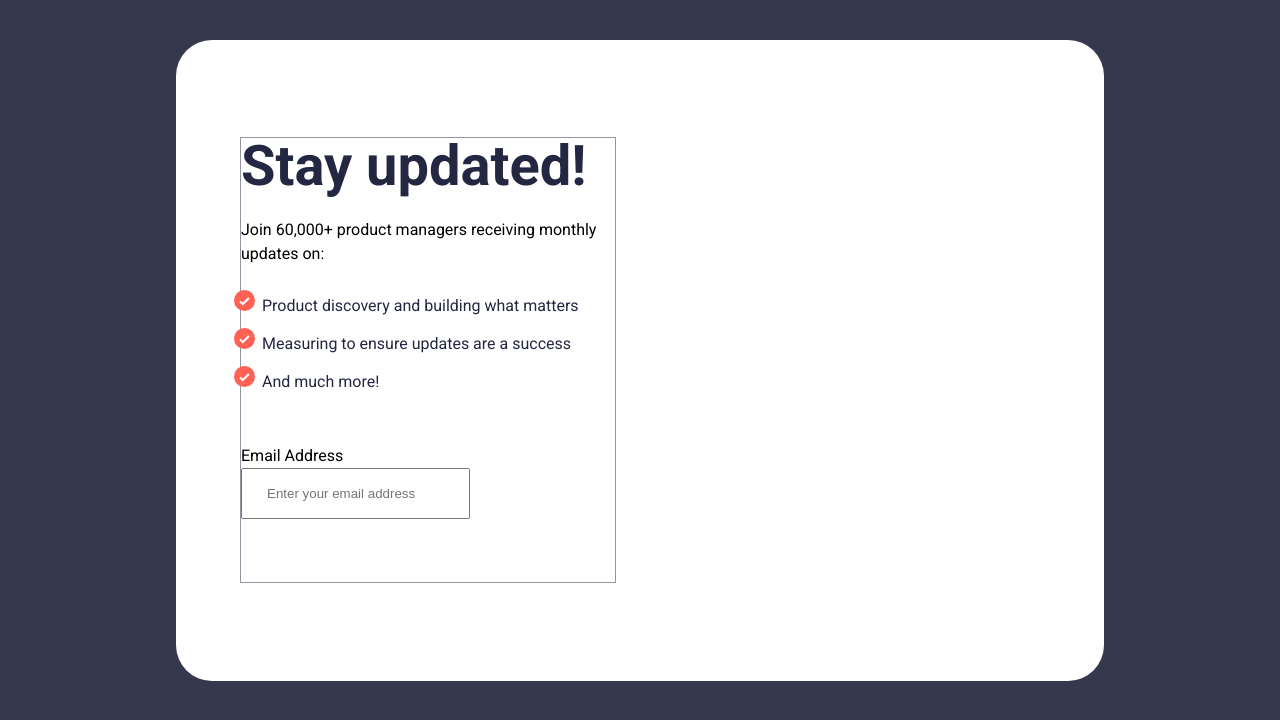
Repository: brandontaylor1/newsletter-signup
Page: index.html
The author's editor kept a copy of each file at every save. The page is drawn from the files as they stood at one save, then again after the next save.
The browser window is 1280 px wide. The pictures show the whole page.

Above is the page before, as saved 2025-01-19 20:47:54.

After the next save:
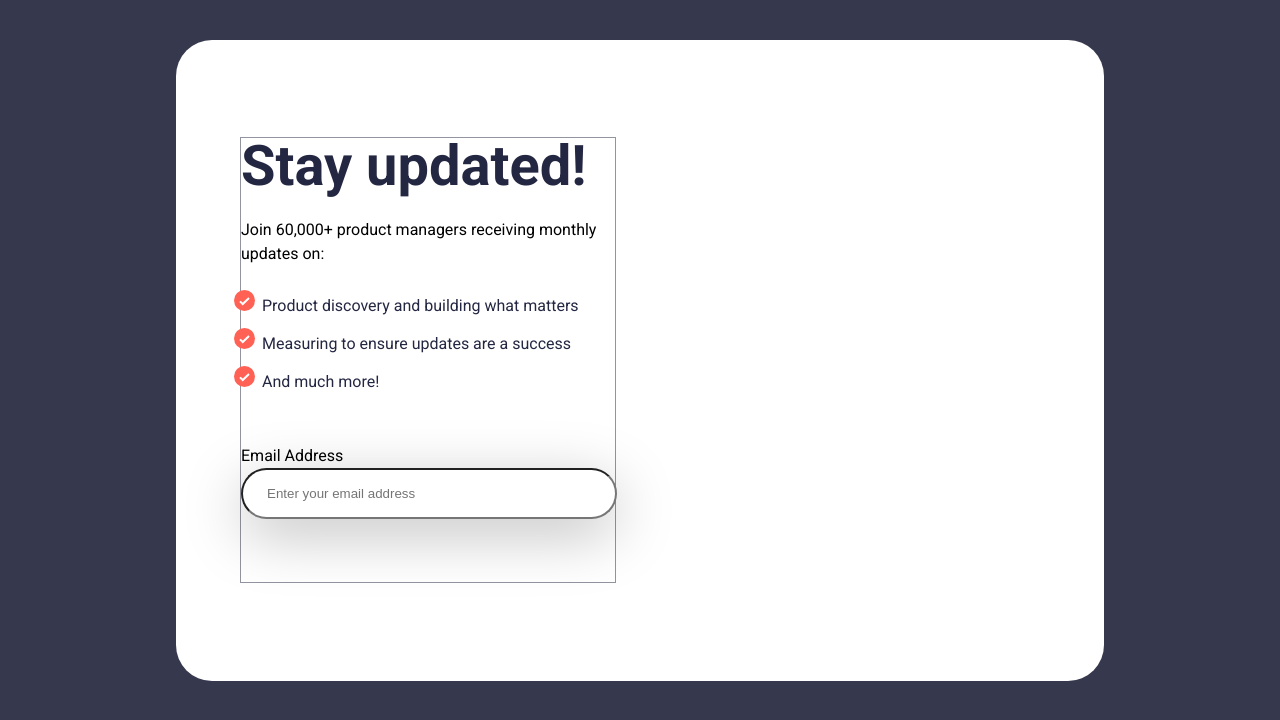
Saved 41 s later.
--- a/styles.css
+++ b/styles.css
@@ -101,5 +101,9 @@ body {
 }
 
 #email {
+    width: 376px;
+    border-radius: 36px;
+    background: #FFF;
+    box-shadow: 0px 15px 60px 0px rgba(0, 0, 0, 0.25);
     padding: 16px 24px;
 }
